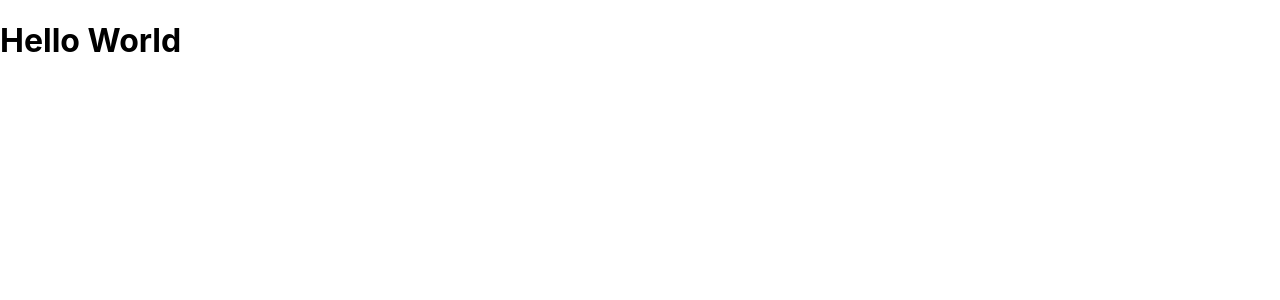
Repository: devhabeeblateef/tictactoe
Page: /
These files come from the project's save history. The page is drawn as it stood at one moment and after the next save; the edit follows.
The browser window is 1280 px wide. The pictures show the whole page.
The project was rebuilt for these pictures with package versions that can differ from the ones it lists, and the page was loaded fresh each time. Also part of the build but not shown: src/App.css.

Above is the page before, as saved 2022-06-17 00:59:34.

### src/App.js
import logo from './logo.svg';
import './App.css';
import Form from './Form';

function App() {
  return (
    <div>
      <Form/>
    </div>
  );
}

export default App;

### src/Form.js
import React from 'react'
import classes from '.Home.module.css'

function Form() {
  return (
    <div>
        <h1>Hello World</h1>
    </div>
  )
}

export default Form

### src/Home.module.css
@import url('https://fonts.googleapis.com/css2?family=Inter:wght@100;200;300;400;500;600;700;800;900&display=swap');

body
{
    background-color: #2b2b2b;
    color: #fff;
}

.home__header
{
    margin:50px 20px;
    font-size: 5ch;
    font-family: 'Inter', sans-serif;
    font-weight: bold;
}

.home__info
{
    font-family: 'Inter', sans-serif;
    font-weight: 100;
    margin: -40px 20px;
}

img
{
    width: 350px;
}

.button
{
    margin: 50px 20px;
}


.button__one
{
    background-color: #23A6FD;
    border-radius: 60px;
    border: none;
    padding:8px 30px;
    color: white;
    margin-right: 10px;
    font-family: 'Montserrat', sans-serif;
    cursor: pointer;
}

.button__two
{
    margin-left: 10px;
    background-color: transparent;
    border-radius: 60px;
    padding: 8px 30px;
    border: 2px solid #fff;
    color: white;
    font-family: 'Montserrat', sans-serif;
    cursor: pointer;
}

@media (max-width:400px){
.button__two
{
    margin: 20px 0;
    border-radius: 60px;

}
}

a
{
    color: #fff;
    text-decoration: none;
}

a:hover
{
    color: white;
}

Loaded but not shown: src/index.js (common file); src/index.css (common file); src/reportWebVitals.js (common file)

After the next save:
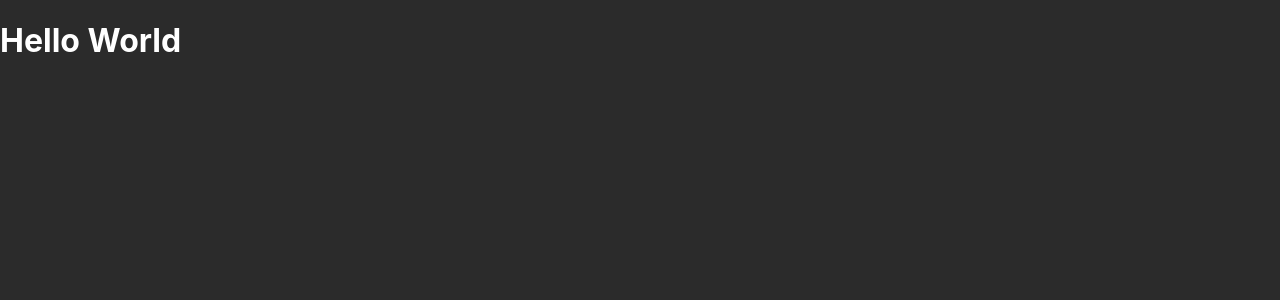
Saved 22 s later.
--- a/src/Form.js
+++ b/src/Form.js
@@ -1,5 +1,5 @@
 import React from 'react'
-import classes from '.Home.module.css'
+import classes from './Home.module.css'
 
 function Form() {
   return (
